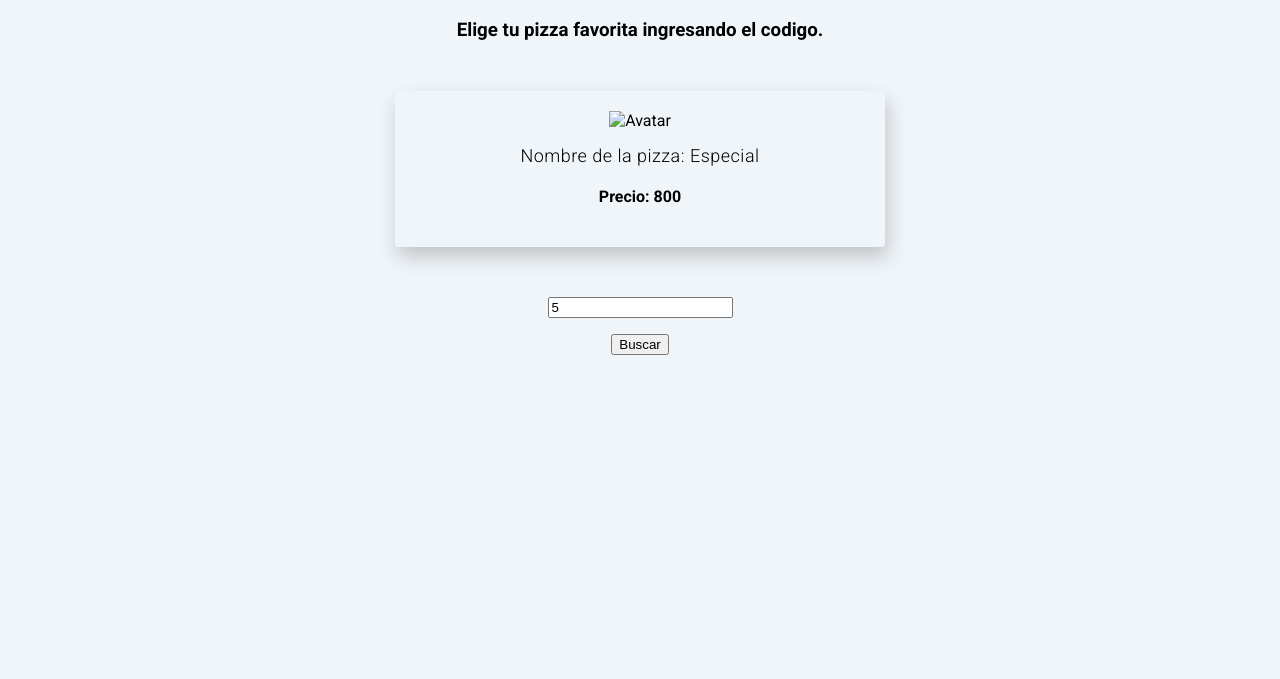
Repository: lucas-itup/E1-JAVASCRIPT
Page: index.html
These files come from the project's save history. The page is drawn as it stood at one moment and after the next save; the edit follows.
The browser window is 1280 px wide. The pictures show the whole page.
Empty fields were first filled with sample values (such as "Sample", 5 or name@example.com).
After loading, the first visible `button` was clicked once.
Some web libraries are served in a nearby version.

Above is the page before, as saved 2022-09-27 22:26:06.
Console error: TypeError: Cannot set properties of undefined (setting 'src')

### index.html
<!DOCTYPE html>
<html lang="en">

<head>
    <meta charset="UTF-8">
    <meta http-equiv="X-UA-Compatible" content="IE=edge">
    <meta name="viewport" content="width=device-width, initial-scale=1.0">
    <link rel="stylesheet" href="/stylesheet/styles.css">
    <title>E1-JAVASCRIPT</title>
    <link href="https://fonts.googleapis.com/css?family=Roboto:300,400,700&display=swap" rel="stylesheet">
    <script src="https://kit.fontawesome.com/c8ee3dd930.js"></script>
</head>

<body>
    <div id="listado-pizzas" style="text-align: center;">
        <div>
            <h3>Elige tu pizza favorita ingresando el codigo.</h3>
            <div class="card">
                <img id="img-pizza" src="" alt="Avatar" style="width:100%">
                <div class="container">
                    <h2>Nombre de la pizza: <span id="nombre-pizza"> </span></h2>
                    <h4>Precio: <span id="precio-pizza"></span></h4>
                </div>
            </div>
        </div>
        <div>
            <input type="number" value="" id="value-id">
            <p id="input-vacio"> </p>
            <button onclick="buscarPizza()" type="button">Buscar</button>
        </div>
    </div>

    <script src="/assets/index.js"></script>
</body>

</html>

### stylesheet/styles.css
body {
    font-family: 'Roboto', sans-serif;
    background: #f0f5f9;
}

.card {
    position: relative;
    margin: 50px auto;
    width: 450px;
    padding: 20px;
    box-shadow: 3px 10px 20px rgba(0, 0, 0, 0.2);
    border-radius: 3px;
    border: 0;
    .circle {
        border-radius: 3px;
        width: 150px;
        height: 150px;
        background: black;
        position: absolute;
        right: 0px;
        top: 0;
        background-image: linear-gradient(to top, #fbc2eb 0%, #a6c1ee 100%);
        border-bottom-left-radius: 170px;
    }
    .content {
        margin-top: 25px;
        display: flex;
        flex-direction: column;
    }
    h1 {
        font-size: 34px;
        font-weight: bold;
        margin-bottom: 0;
    }
    h2 {
        font-size: 18px;
        letter-spacing: 0.5px;
        font-weight: 300;
    }
    .social {
        margin-bottom: 5px;
        a {
            text-decoration: none !important;
            color: black;
            margin-left: 8px;
            font-weight: 300;
            i {
                font-weight: 400;
            }
        }
    }
    .location {
        display: flex;
        align-items: center;
        justify-content: center;
        flex-direction: column;
        i {
            color: red;
        }
        p {
            font-weight: 300;
        }
    }
}

### assets/index.js
let pizza1 = {
    id: '1',
    nombre: 'Muzarella',
    ingredientes: [
        'tomate', 'muzarella', 'oregano'
    ],
    precio: '600',
    imagen: '/img/descarga (1).jpg',
}
let pizza2 = {
    id: '2',
    nombre: 'Napolitana',
    ingredientes: [
        'jamon', 'huevo', 'queso'
    ],
    precio: '300',
    imagen: '/img/descarga (2).jpg',
}
let pizza3 = {
    id: '3',
    nombre: 'Americana',
    ingredientes: [
        'huevoFrito', 'peperoni', 'roquefort'
    ],
    precio: '200',
    imagen: '/img/descarga (3).jpg',
}
let pizza4 = {
    id: '4',
    nombre: 'Rucula',
    ingredientes: [
        'verduras', 'palmito', 'especias'
    ],
    precio: '500',
    imagen: '/img/descarga.jpg',
}
let pizza5 = {
    id: '5',
    nombre: 'Especial',
    ingredientes: [
        'salsa', 'harina', 'crema'
    ],
    precio: '800',
    imagen: '/img/images (1).jpg',
}
let pizza6 = {
    id: '6',
    nombre: 'DE_LA_CASA',
    ingredientes: [
        'anchoas', 'pimientos', 'hongos'
    ],
    precio: '900',
    imagen: '/img/images.jpg',
}

let pizzas = [pizza1, pizza2, pizza3, pizza4, pizza5, pizza6]
let listado = document.getElementById('listado-pizzas');

const buscarPizza = () => {
    let valueid = document.getElementById('value-id').value;
    var precioPizza = document.getElementById('precio-pizza');
    var nombrePizza = document.getElementById('nombre-pizza');
    var inputVacio = document.getElementById('input-vacio');
    var imgPizza = document.getElementById("img-pizza").setAttribute('src', '');
    inputVacio.textContent = "";
    precioPizza.textContent = "";
    nombrePizza.textContent = "";

    if (valueid == "") return inputVacio.textContent = "Debes ingresar un valor numerico."

    var found = pizzas.find(function(post, index) {
        inputVacio.textContent = ""
        if (post.id == valueid) {
            precioPizza.textContent = post.precio;
            nombrePizza.textContent = post.nombre;
            imgPizza.src = post.imagen;
            return true;
        }
    });

    if (found == undefined) return inputVacio.textContent = "El codigo ingresado es incorrecto."
}

After the next save:
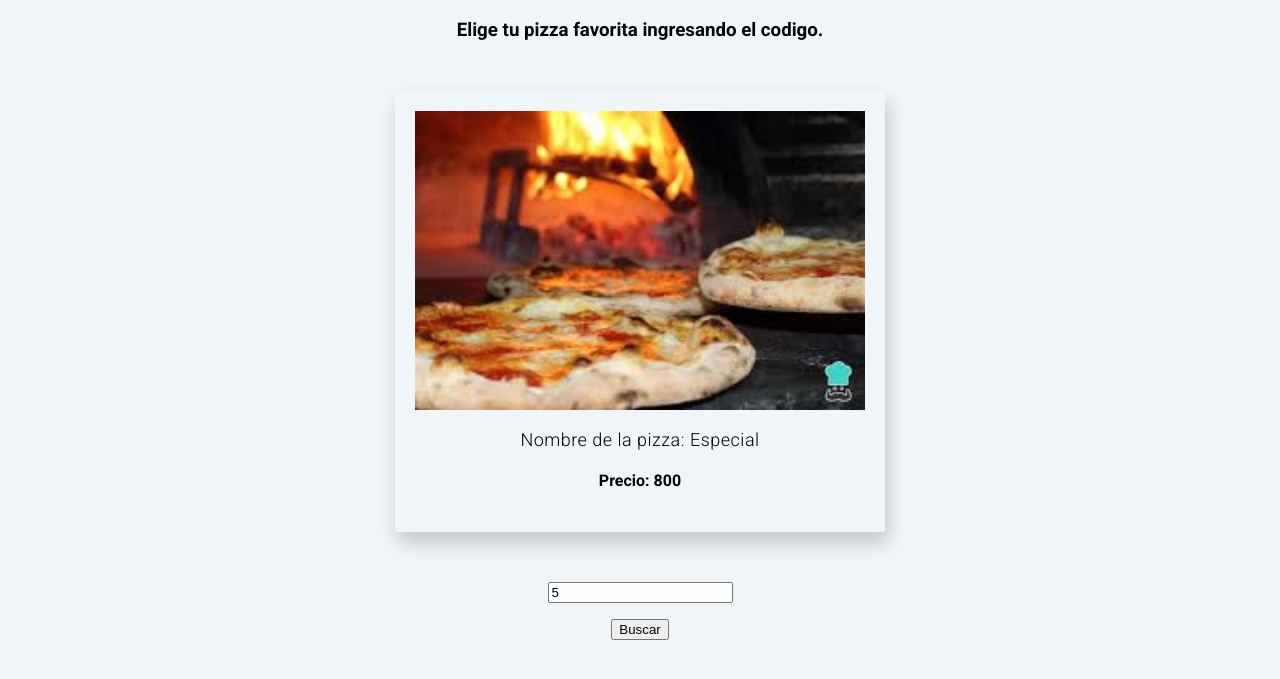
The error is gone.
Saved 77 s later.
--- a/assets/index.js
+++ b/assets/index.js
@@ -61,10 +61,11 @@ const buscarPizza = () => {
     var precioPizza = document.getElementById('precio-pizza');
     var nombrePizza = document.getElementById('nombre-pizza');
     var inputVacio = document.getElementById('input-vacio');
-    var imgPizza = document.getElementById("img-pizza").setAttribute('src', '');
+    var imgPizza = document.getElementById("img-pizza");
     inputVacio.textContent = "";
     precioPizza.textContent = "";
     nombrePizza.textContent = "";
+    imgPizza.setAttribute('src', '');
 
     if (valueid == "") return inputVacio.textContent = "Debes ingresar un valor numerico."
 
@@ -73,7 +74,7 @@ const buscarPizza = () => {
         if (post.id == valueid) {
             precioPizza.textContent = post.precio;
             nombrePizza.textContent = post.nombre;
-            imgPizza.src = post.imagen;
+            imgPizza.setAttribute('src', post.imagen);
             return true;
         }
     });
